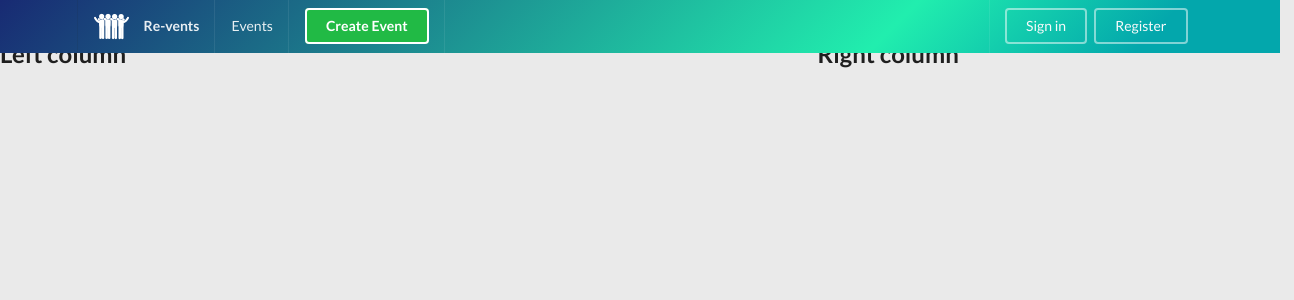
Repository: Preranabaruah/react-semantic-ui
Page: /
These files come from the project's save history. The page is drawn as it stood at one moment and after the next save; the edit follows.
The browser window is 1280 px wide. The page is 1294 px wide, then 1280 px, so the pictures cover 1294 px, including what lies to the right of the window. The pictures show the whole page.
The project was rebuilt for these pictures with package versions that can differ from the ones it lists, and the page was loaded fresh each time. Also part of the build but not shown: vite.config.ts.

Above is the page before, as saved 2023-09-08 13:46:09.

### index.html
<!doctype html>
<html lang="en">
  <head>
    <meta charset="UTF-8" />
    <link rel="icon" type="image/svg+xml" href="/vite.svg" />
    <meta name="viewport" content="width=device-width, initial-scale=1.0" />
    <title>Re-vents</title>
  </head>
  <body>
    <div id="root"></div>
    <script type="module" src="/src/index.tsx"></script>
  </body>
</html>

### src/index.tsx
import React from "react";
import ReactDOM from "react-dom/client";
import App from "./App.tsx";
import "semantic-ui-css/semantic.min.css";
import "./style.css";
ReactDOM.createRoot(document.getElementById("root")!).render(
  <React.StrictMode>
    <App />
  </React.StrictMode>
);

### src/App.tsx
import EventDashboard from "./features/events/event-dashboard";
import NavBar from "./features/nav-bar";

function App() {
  return (
    <>
      <div>
        <NavBar />
        <EventDashboard />
      </div>
    </>
  );
}

export default App;

### src/style.css
body {
  background-color: #eaeaea;
}
.ui.fixed.menu {
  background-image: linear-gradient(135deg, rgb(24, 42, 115) 0%, rgb(33, 238, 174) 69%, rgb(3, 167, 172) 89%);
}
.ui.main.container {
  margin-top: 7em;
}

### src/features/events/event-dashboard/index.tsx
import { Grid } from "semantic-ui-react";
const EventDashboard = () => {
  return (
    <>
      <Grid>
        <Grid.Column width={10}>
          <h2>Left column</h2>
        </Grid.Column>
        <Grid.Column width={6}>
          <h2>Right column</h2>
        </Grid.Column>
      </Grid>
    </>
  );
};

export default EventDashboard;

### src/features/nav-bar/index.tsx
import { Menu, Container, Button } from "semantic-ui-react";

const NavBar = () => {
  return (
    <>
      <Menu inverted fixed="top">
        <Container>
          <Menu.Item header>
            <img src="/public/assets/logo.png" style={{ marginRight: 15 }} />
            Re-vents
          </Menu.Item>
          <Menu.Item name="Events" />
          <Menu.Item>
            <Button positive inverted content="Create Event" />
          </Menu.Item>
          <Menu.Item position="right">
            <Button basic inverted content="Sign in" />
            <Button basic inverted content="Register" style={{ marginLeft: "0.5em" }} />
          </Menu.Item>
        </Container>
      </Menu>
    </>
  );
};

export default NavBar;

After the next save:
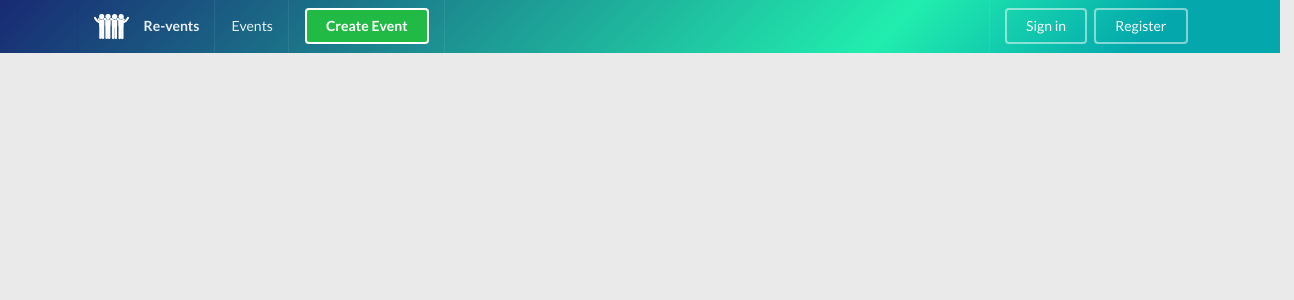
Saved 27 s later.
--- a/src/App.tsx
+++ b/src/App.tsx
@@ -1,3 +1,4 @@
+import { Container } from "semantic-ui-react";
 import EventDashboard from "./features/events/event-dashboard";
 import NavBar from "./features/nav-bar";
 
@@ -6,7 +7,9 @@ function App() {
     <>
       <div>
         <NavBar />
-        <EventDashboard />
+        <Container>
+          <EventDashboard />
+        </Container>
       </div>
     </>
   );
